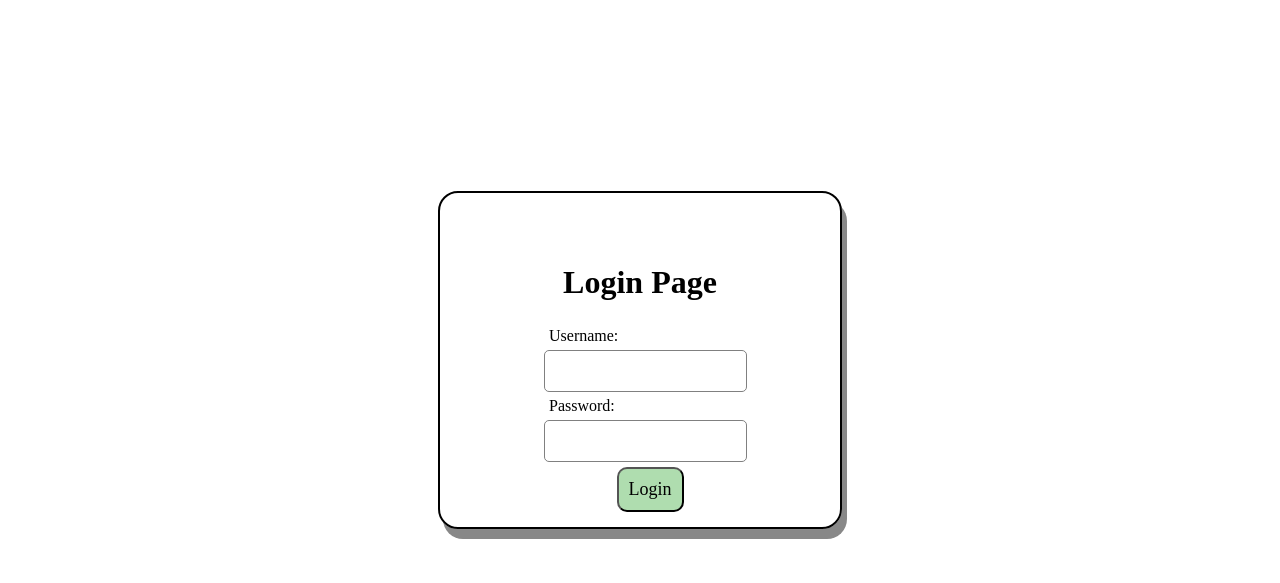
Repository: anjalipatel-dev/web-dev-learning-journey
Page: 03_html_css_ui_pages/login_ui/login.html
An editor plug-in stored every save of this project. The page is shown before and after the next save, followed by the edit.
The browser window is 1280 px wide. The pictures show the whole page.

Above is the page before, as saved 2025-10-04 04:28:29.

After the next save:
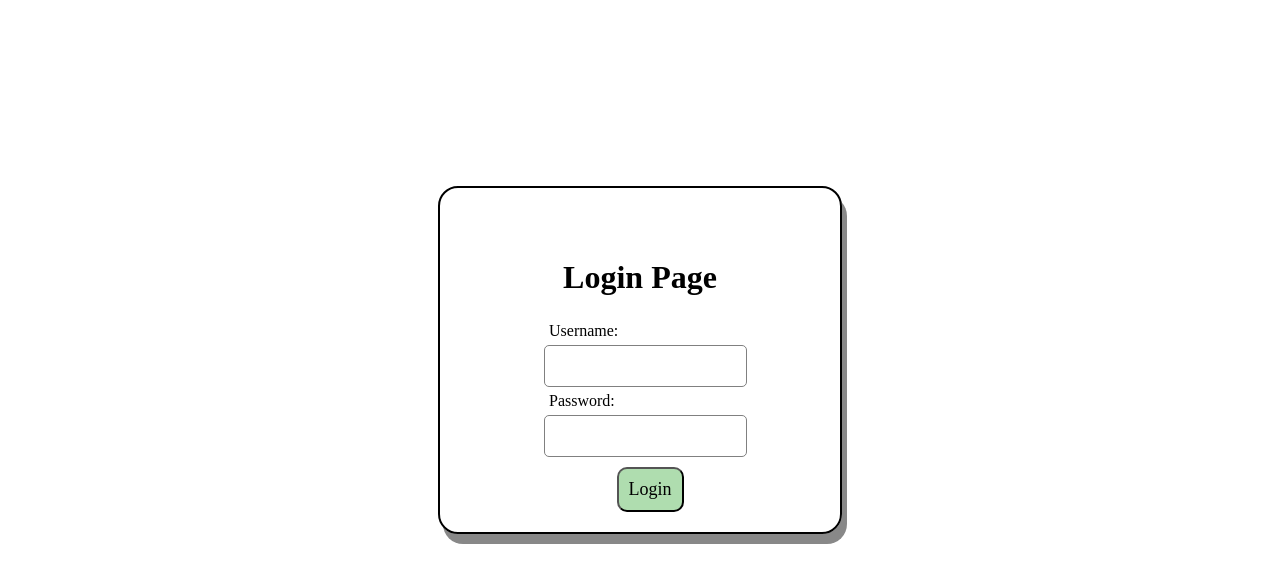
Saved 14 s later.
--- a/03_html_css_ui_pages/login_ui/styles.css
+++ b/03_html_css_ui_pages/login_ui/styles.css
@@ -36,7 +36,7 @@ body{
     font-family:cursive;
 }
 .input-group button{
-    margin: 5px;
+    margin: 10px;
     text-align: center;
     padding: 10px;
     font-size: 18px;
